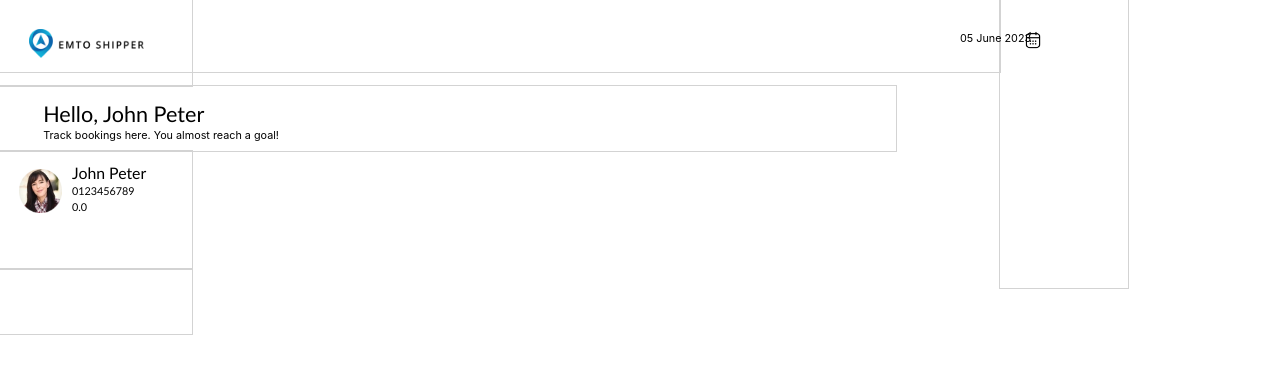
Repository: RoshanArun/Emto-Web
Page: /dashboard (app in emto/reactfirst/)
These files come from the project's save history. The page is drawn as it stood at one moment and after the next save; the edit follows.
The browser window is 1280 px wide. The pictures show the whole page.
The project was rebuilt for these pictures with package versions that can differ from the ones it lists, and the page was loaded fresh each time. Also part of the build but not shown: emto/reactfirst/src/pages/SignUp/SignUp.css, emto/reactfirst/src/pages/SignUp/SignUp.js, emto/reactfirst/src/pages/Login/Login.js.

Above is the page before, as saved 2023-07-27 12:24:55.

After the next save:
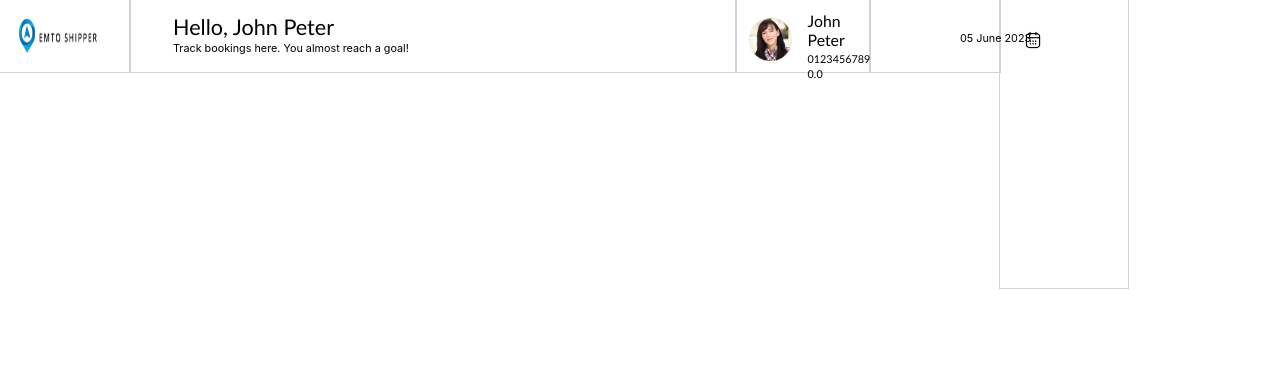
Saved 6 s later.
--- a/emto/reactfirst/src/pages/DashBoard/DashBoard.css
+++ b/emto/reactfirst/src/pages/DashBoard/DashBoard.css
@@ -3,7 +3,7 @@
   width: 100vw;
   outline: 1px solid lightgray;
   min-height: 65px;
-  display: flexbox;
+  display: flex;
   max-width: 1000px;
 }
 
